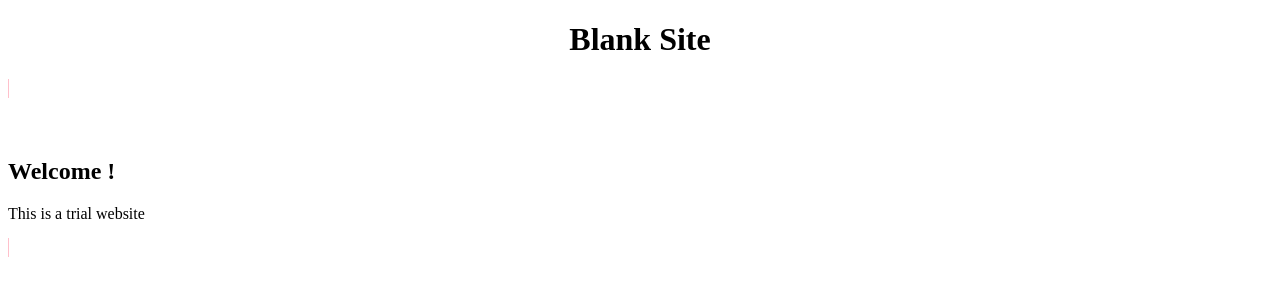
Repository: yhung004/Blank_Project
Page: index.html
The author's editor kept a copy of each file at every save. The page is drawn from the files as they stood at one save, then again after the next save.
The browser window is 1280 px wide. The pictures show the whole page.

Above is the page before, as saved 2024-04-04 00:06:12.

After the next save:
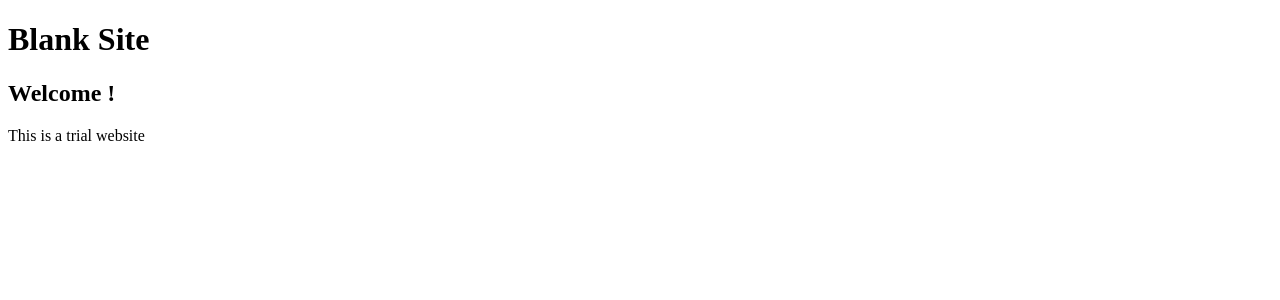
Saved 3 min 48 s later.
--- a/index.css
+++ b/index.css
@@ -1,15 +1,3 @@
 
 h1.header {
-    text-align:center;
-}
-div.main {
-    background-color: pink;
-    border: 1px solid pink;
-    border-radius: 20px;
-    display:inline;
-    height:500px;
-}
-div.main2 {
-    background-color:white;
-    padding: 20px 20px 20px 20px;
-}
+    text-align:cent
